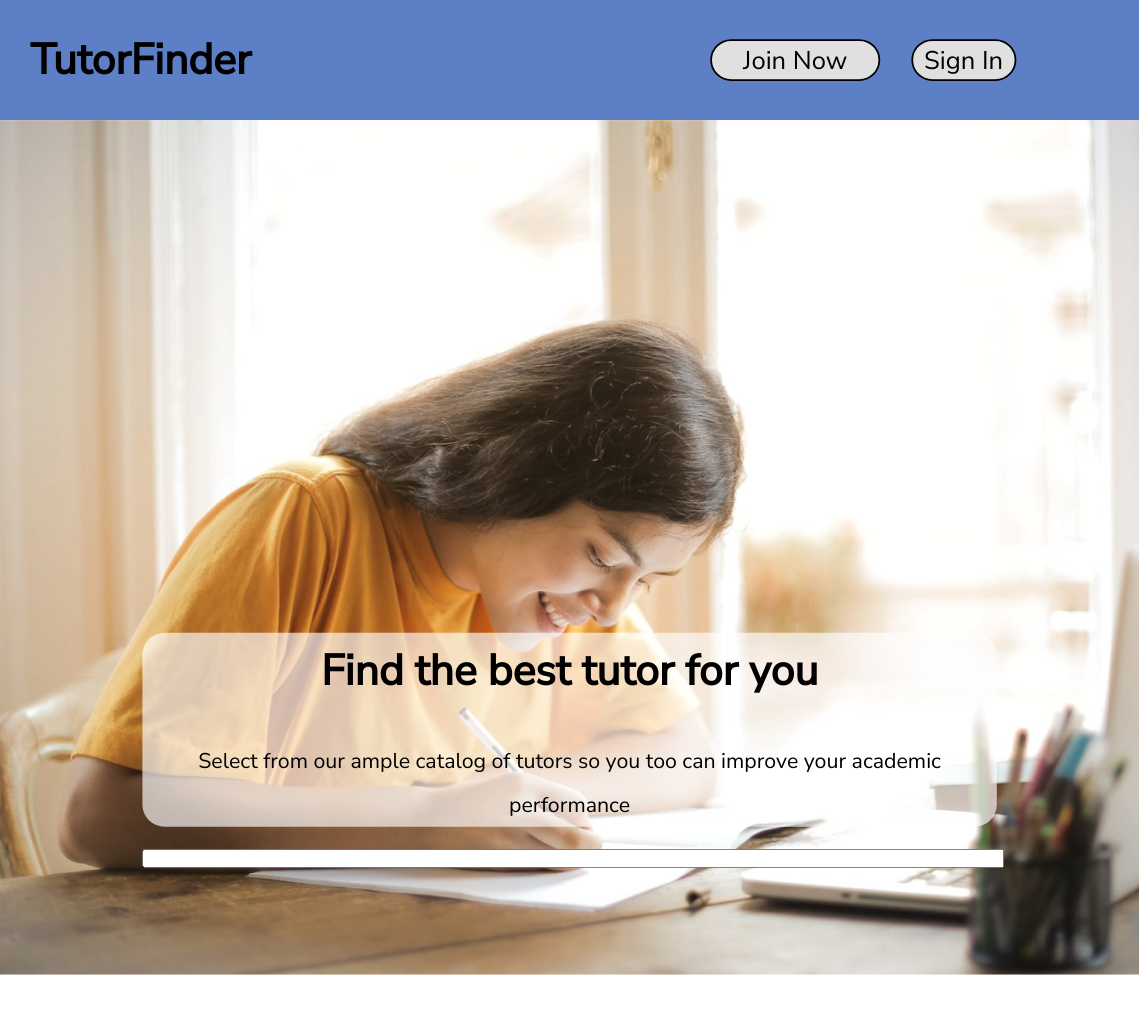
Repository: uprm-inso-4117-2020-2021-s2/semester-project-uprm-inso-4117-2020-2021-s2-team-7
Page: / (app in tutorfinder/)
An editor plug-in stored every save of this project. The page is shown before and after the next save, followed by the edit.
The browser window is 1280 px wide. The pictures show the whole page, at 89% of full size.
The project was rebuilt for these pictures with package versions that can differ from the ones it lists, and the page was loaded fresh each time. Also part of the build but not shown: tutorfinder/src/App.css.

Above is the page before, as saved 2021-03-29 23:38:39.

After the next save:
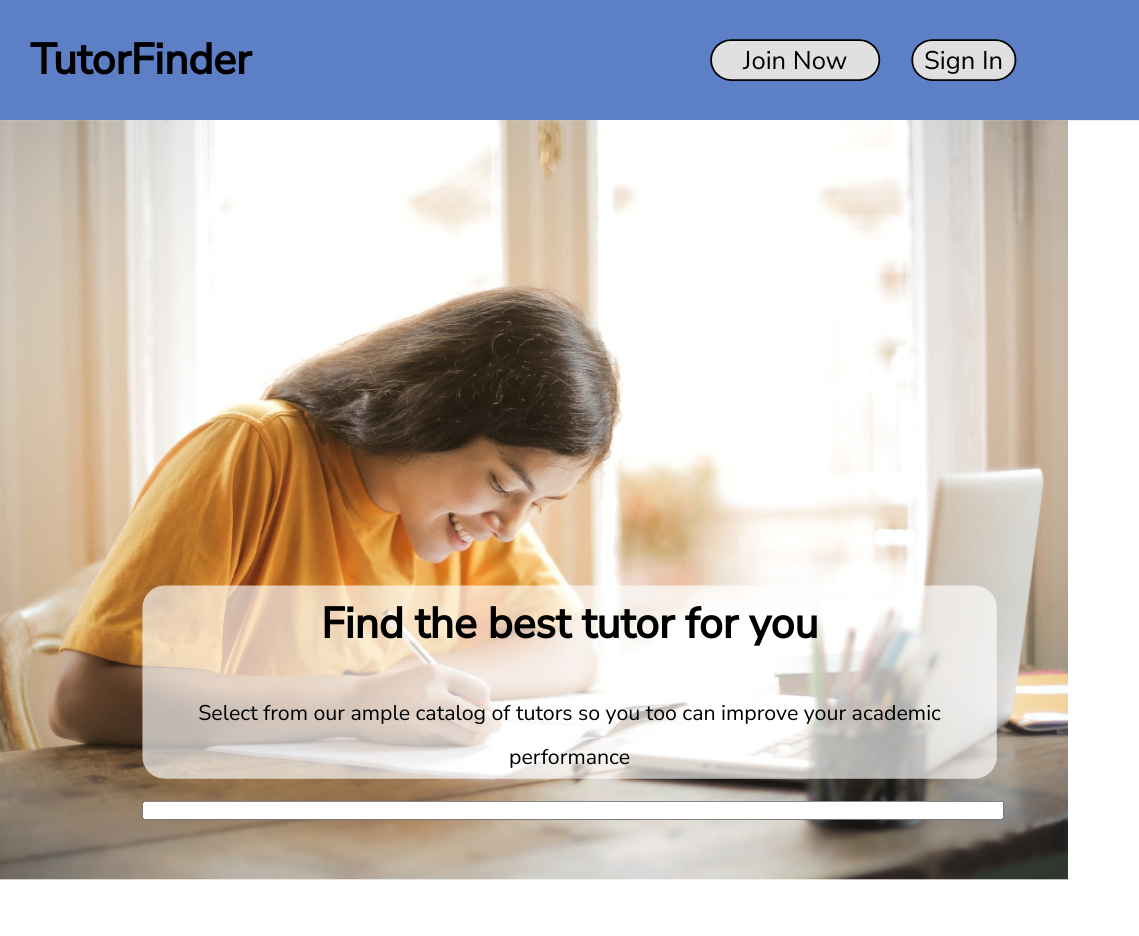
Saved 83 s later.
--- a/tutorfinder/src/Welcome.css
+++ b/tutorfinder/src/Welcome.css
@@ -3,8 +3,12 @@
 
 .background{
 background-image: url("./assets/bg.png");
-height: 60em;
-width: 100% !important;
+background-size: contain;
+background-repeat: no-repeat;
+width: 100%;
+height: 0;
+padding-top: 66.64%; /* (img-height / img-width * container-width) */
+            /* (853 / 1280 * 100) */
 position:relative;
 }
 
